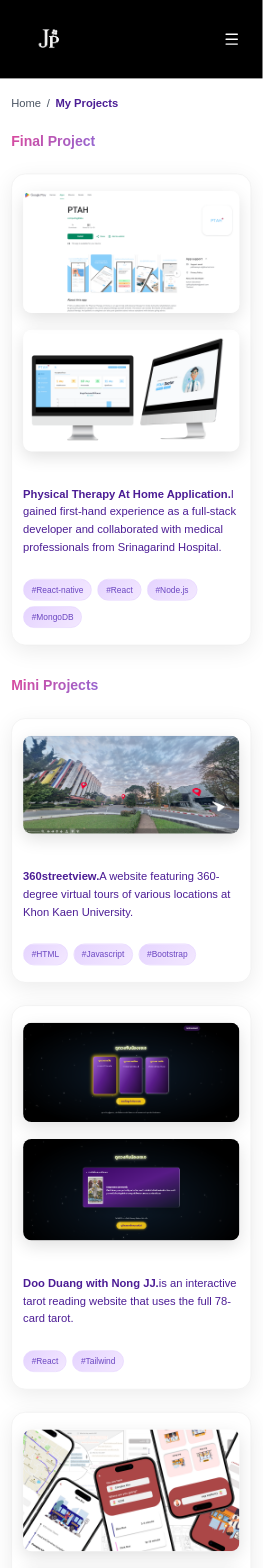
Repository: PattarasayaJJ/Portfolio-jjpatts
Page: /works
These files come from the project's save history. The page is drawn as it stood at one moment and after the next save; the edit follows.
The browser window is 375 px wide. The pictures show the part of the page from y = 0 to 2240 px (the page is 4486 px tall before and 4843 px after), at 70% of full size.
The project was rebuilt for these pictures with package versions that can differ from the ones it lists, and the page was loaded fresh each time. Also part of the build but not shown: vite.config.js, vite.config.ts, src/header.css, src/hero.css, src/components/Hero.jsx, src/components/Aboutme.jsx.

Above is the page before, as saved 2025-08-03 22:27:31.

After the next save:
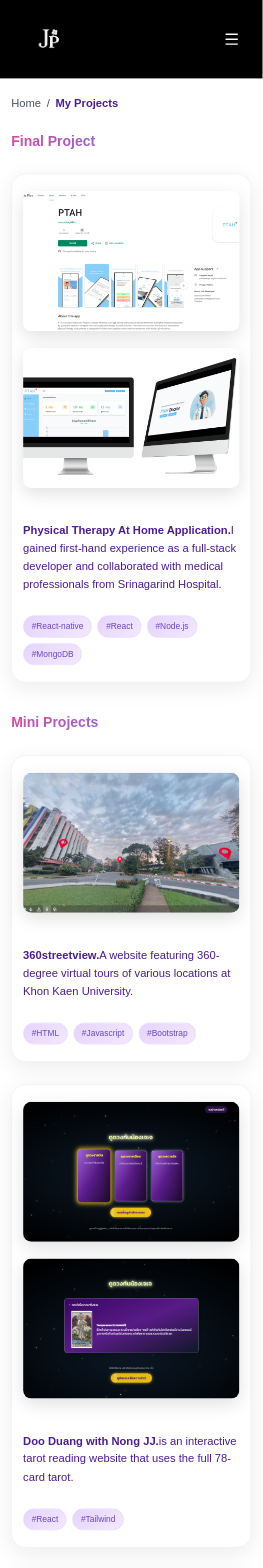
Saved 2 min 2 s later.
--- a/src/work.css
+++ b/src/work.css
@@ -37,10 +37,6 @@
   color: #333;
   font-weight: 500;
 }
-
-
-
-
 
 .project-title-text {
   margin-top: 10px;
@@ -77,14 +73,11 @@
   justify-content: center;
 }
 
-.project-images.single .project-image {
-  max-width: 500px;
-}
-
+/* Updated: Uniform image sizing */
 .project-image {
-  max-width: 400px;
-  width: 100%;
-  height: auto;
+  width: 400px;
+  height: 300px;
+  object-fit: cover;
   border-radius: 12px;
   box-shadow: 0 8px 24px rgba(0, 0, 0, 0.12);
   transition: transform 0.3s ease, box-shadow 0.3s ease;
@@ -148,7 +141,8 @@
   }
 
   .project-image {
-    max-width: 350px;
+    width: 350px;
+    height: 250px;
   }
 }
 
@@ -168,12 +162,9 @@
   }
 
   .project-image {
-    max-width: 100%;
     width: 100%;
-  }
-
-  .project-images.single .project-image {
-    max-width: 100%;
+    max-width: 400px;
+    height: 250px;
   }
 
   .project-title {
@@ -203,4 +194,10 @@
     font-size: 0.75rem;
     padding: 0.4rem 0.8rem;
   }
-}
+
+  .project-image {
+    width: 100%;
+    max-width: 350px;
+    height: 200px;
+  }
+}
